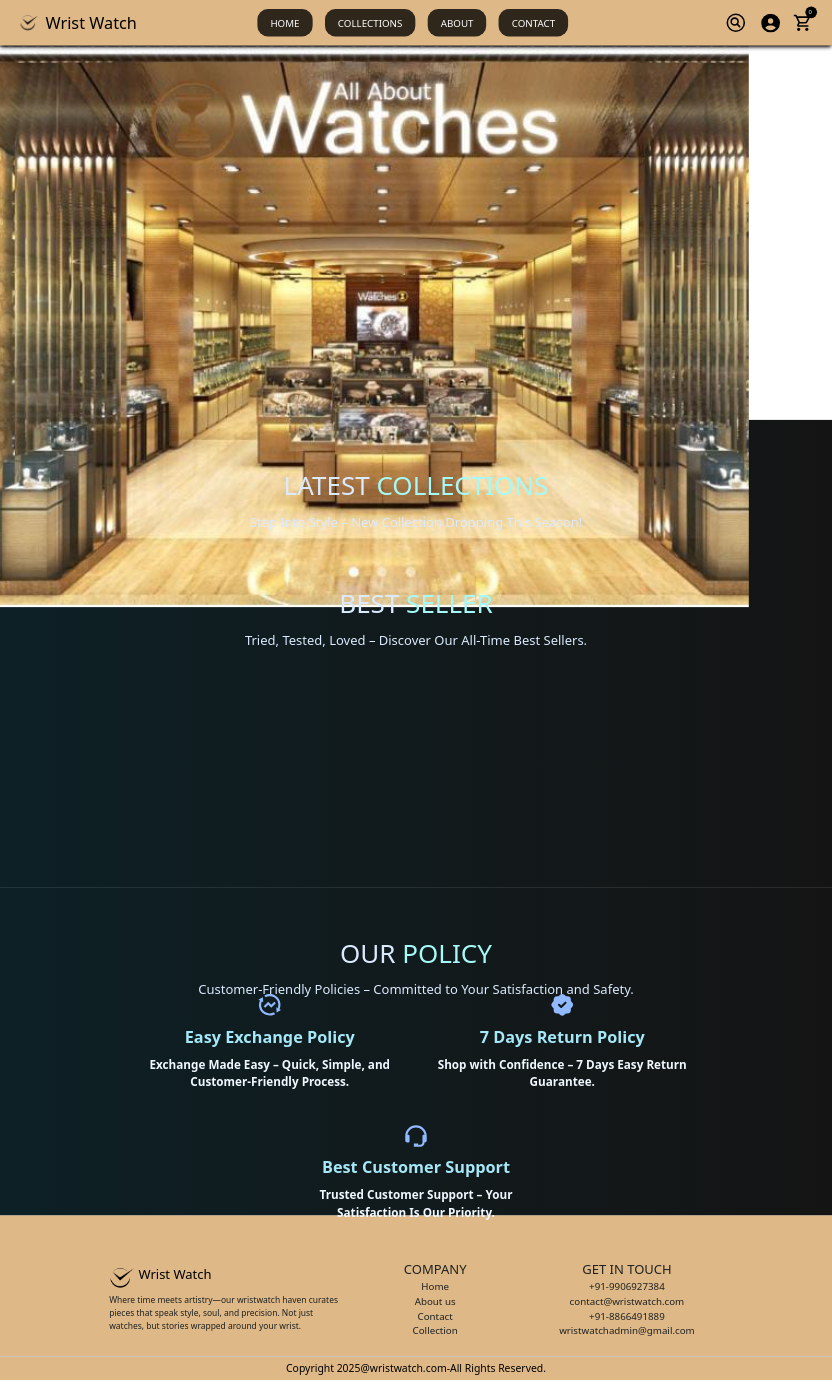
Repository: mansibhanushali/online_watch_ecommerce_mernstack_webapplication
Page: / (app in frontend/)
The author's editor kept a copy of each file at every save. The page is drawn from the files as they stood at one save, then again after the next save.
The browser window is 1280 px wide. The pictures show the whole page, at 65% of full size.
The page's requests for data from a server got no answer. The project was rebuilt for these pictures with package versions that can differ from the ones it lists, and the page was loaded fresh each time. No one was signed in, and anything a server would have sent is missing. Also part of the build but not shown: frontend/vite.config.js, frontend/src/component/Loading.jsx, frontend/src/pages/Registration.jsx, frontend/src/component/Card.jsx, frontend/src/pages/Login.jsx, frontend/src/pages/About.jsx, frontend/src/pages/Collections.jsx, frontend/src/pages/Contact.jsx and 6 more.

Above is the page before, as saved 2025-08-15 22:29:34.

After the next save:
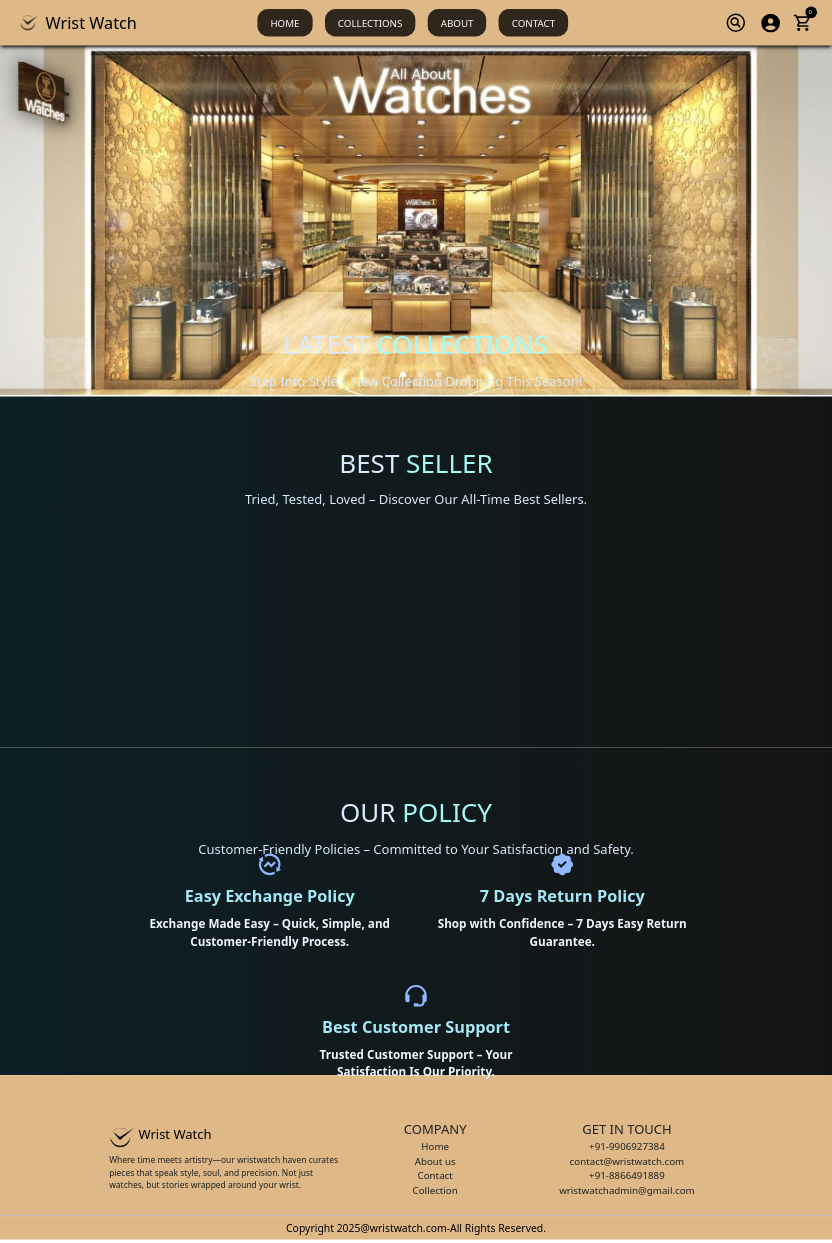
Saved 21 s later.
--- a/frontend/src/pages/Home.jsx
+++ b/frontend/src/pages/Home.jsx
@@ -16,7 +16,7 @@ function Home() {
 
   return (
     <div className="overflow-x-hidden relative top-[70px]">
-      <div className="w-[90vw] lg:h-[80vh] md:h-[50vh] sm:h-[30vh] bg-gradient-to-l from-[burlwood] to-[burlywood] flex justify-center">
+      <div className="w-[100vw] lg:h-[50vh] md:h-[50vh] sm:h-[30vh] bg-gradient-to-l from-[burlwood] to-[burlywood] flex justify-center">
         <Backgound heroCount={heroCount} />
       </div>
       <Product />
